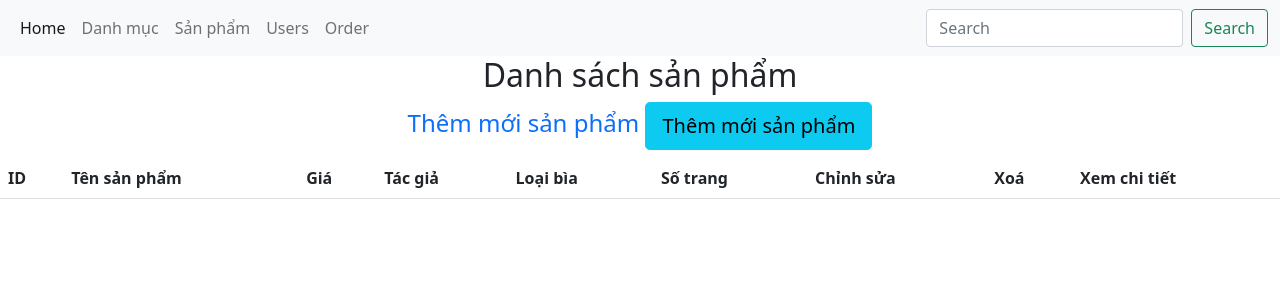
Repository: ThanhNghiadn03/Website-1-JSP-Servlet
Page: http://localhost/new-web-ban-sach/views/admin/jsp-product/product.jsp
The author's editor kept a copy of each file at every save. The page is drawn from the files as they stood at one save, then again after the next save.
The browser window is 1280 px wide. The pictures show the whole page.
The page is served by Tomcat 9. The template is opened directly, without the code that normally fills it, so the values that code supplies are empty.

Above is the page before, as saved 2023-04-30 07:57:22.

After the next save:
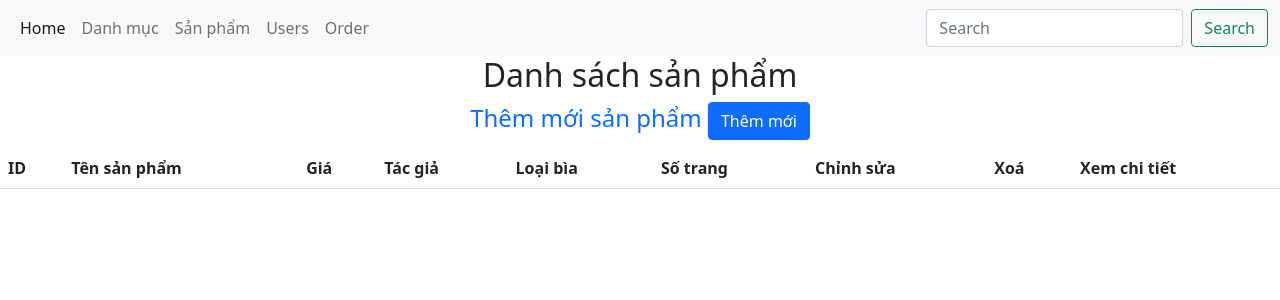
Saved 3 min 5 s later.
--- a/Project/new-web-ban-sach/src/main/webapp/views/admin/jsp-product/product.jsp
+++ b/Project/new-web-ban-sach/src/main/webapp/views/admin/jsp-product/product.jsp
@@ -54,8 +54,11 @@
 		<h4>
 			<a href="/new-web-ban-sach/admin-home?action=creatProduct"
 				style="text-decoration: none"> Thêm mới sản phẩm </a>
-			<button type="button" class="btn btn-info btn-lg" data-toggle="modal"
-				data-target="#addProduct">Thêm mới sản phẩm</button>
+			<!-- <button type="button" class="btn btn-info btn-lg" data-toggle="modal"
+				data-target="#addProduct">Thêm mới sản phẩm</button> -->
+			<button type="button" class="btn btn-primary" data-bs-toggle="modal"
+				data-bs-target="##addProduct" data-bs-whatever="@mdo">Thêm
+				mới</button>
 		</h4>
 	</center>
 	<div id="addProduct" class="modal fade" tabindex="-1"
